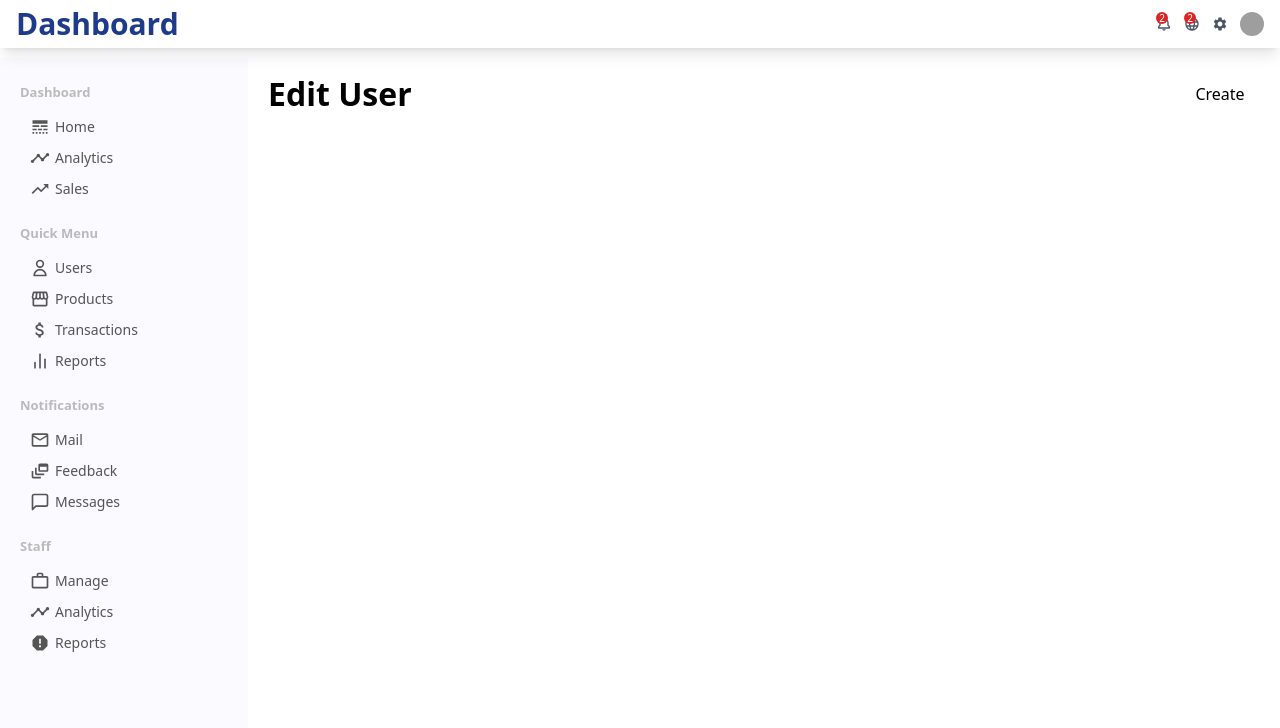
Repository: nation430/React-AdminDashboard
Page: /user/1
The author's editor kept a copy of each file at every save. The page is drawn from the files as they stood at one save, then again after the next save.
The browser window is 1280 px wide. The pictures show the whole page.
Pictures or frames that could not be fetched are drawn as grey boxes. The project was rebuilt for these pictures with package versions that can differ from the ones it lists, and the page was loaded fresh each time. Also part of the build but not shown: src/pages/home/home.css, src/components/featuredInfo/featuredInfo.css, src/components/featuredInfo/FeaturedInfo.jsx, src/components/chart/chart.css, src/components/chart/Chart.jsx, src/dummyData.js, src/components/widgetSm/widgetSm.css, src/components/widgetSm/WidgetSm.jsx and 5 more.

Above is the page before, as saved 2022-08-30 10:57:14.

### public/index.html
<!DOCTYPE html>
<html lang="en">
  <head>
    <meta charset="utf-8" />
    <meta name="viewport" content="width=device-width, initial-scale=1" />
    <meta name="theme-color" content="#000000" />
    <meta
      name="description"
      content="Web site created using create-react-app"
    />
    <link rel="preconnect" href="https://fonts.googleapis.com" />
    <link rel="preconnect" href="https://fonts.gstatic.com" crossorigin />
    <link
      href="https://fonts.googleapis.com/css2?family=Source+Sans+Pro:wght@200;300;400;600;700&display=swap"
      rel="stylesheet"
    />

    <title>React Admin Dashboard</title>
  </head>
  <body>
    <noscript>You need to enable JavaScript to run this app.</noscript>
    <div id="root"></div>
  </body>
</html>

### src/index.css
@tailwind base;
h1 {
  @apply text-2xl;
}
h2 {
  @apply text-xl;
}
h3 {
  @apply text-lg;
}
@tailwind components;
@tailwind utilities;

* {
  margin: 0;
  padding:0;
  box-sizing: border-box;

}

### src/App.js
import Topbar from "./components/topbar/Topbar";
import Sidebar from "./components/sidebar/Sidebar";
import Home from "./pages/home/Home";
import "./app.css";
import { BrowserRouter as Router, Routes, Route } from "react-router-dom";
import UserList from "./pages/home/userList/UserList";
import User from "./pages/home/user/User";

function App() {
  return (
    <Router>
      <Topbar />
      <div className="wrapper flex h-full">
        <Sidebar />
        <Routes>
          <Route exact path="/">
            <Route path="/" element={<Home />} />
            <Route path="users" element={<UserList />} />
            <Route path="/user/:userId" element={<User />} />
          </Route>
        </Routes>
      </div>
    </Router>
  );
}

export default App;

### src/components/topbar/Topbar.jsx
import React from "react";
import  "./topbar.css";
import { BiBell } from 'react-icons/bi';
import { MdLanguage, MdSettings  } from "react-icons/md";


export default function Topbar () {
    return(
        <div className="topbar w-full h-12 bg-white sticky top-0 z-50 shadow-lg ">
            <div className="topbarWeapper flex items-center justify-between h-full px-4 py-0">
            <div className="topLeft">
                <span className="logo font-bold text-3xl text-blue-900 cursor-pointer ...">Dashboard</span>
            </div>
            <div className="topRight flex items-center">

                {/* First icon  */}
                <div className="topbarIconsContainer relative cursor-pointer ... ml-3 text-gray-600">
                <BiBell />
                <span className="topIconBadge absolute text-white bg-red-600 right-1 -top-1 flex items-center justify-center rounded-full text-xs h-3 w-3">2</span>
                </div>

                   {/*second icon  */}
                <div className="topbarIconsContainer relative cursor-pointer ... ml-3 text-gray-600">
                <MdLanguage />
                <span className="topIconBadge absolute text-white bg-red-600 right-1 -top-1 flex items-center justify-center rounded-full text-xs h-3 w-3">2</span>
                </div>


                    {/*third icon  */}
                <div className="topbarIconsContainer relative cursor-pointer ... mx-3 text-gray-600">
                < MdSettings  />
                </div>

                <img src="images/img.png" alt="BigCo Inc. logo"  className="topAvater w-6 h-6 rounded-full cursor-pointer ..."/>

            </div>
            </div>
        </div>
    )

}

### src/components/sidebar/Sidebar.jsx
import "./sidebar.css";
import { MdLineStyle, MdOutlineTimeline, MdTrendingUp, MdStorefront, MdAttachMoney, MdOutlineMail, MdDynamicFeed, MdWorkOutline, MdReport} from "react-icons/md";
import { HiOutlineUser} from "react-icons/hi";
import { FiBarChart2, FiMessageSquare} from "react-icons/fi";

export default function sidebar(){
    return(
        <div className="sidebar sticky">
        <div className="sidebarWrapper p-5">
            {/* first sidenavbar */}
            <div className="sidebarMenu mb-2.5">
                <h3 className="sidebarTitle">Dashboard</h3>
                <ul className="sidebarList px-4 py-0">
                    <li className="sidebarListItems flex items-center">
                    <MdLineStyle className="sidebarIcon"/>
                    Home
                    </li>

                    <li className="sidebarListItems flex items-center">
                    <MdOutlineTimeline className="sidebarIcon" />
                    Analytics
                    </li>


                    <li className="sidebarListItems flex items-center">
                    <MdTrendingUp className="sidebarIcon" />
                   Sales
                    </li>
                </ul>
            </div>

            {/* second sidenavbar */}
            <div className="sidebarMenu mb-2.5">
                <h3 className="sidebarTitle">Quick Menu</h3>
                <ul className="sidebarList px-4 py-1">
                    <li className="sidebarListItems flex items-center">
                    <HiOutlineUser className="sidebarIcon" />
                    Users
                    </li>

                    <li className="sidebarListItems flex  items-center" >
                    <MdStorefront className="sidebarIcon" />
                    Products
                    </li>

                    <li className="sidebarListItems flex items-center">
                    <MdAttachMoney className="sidebarIcon" />
                   Transactions
                    </li>


                    <li className="sidebarListItems flex items-center">
                    <FiBarChart2 className="sidebarIcon" />
                   Reports
                    </li>
                </ul>
            </div>

                {/* third sidenavbar */}
                <div className="sidebarMenu mb-2.5">
                <h3 className="sidebarTitle">Notifications</h3>
                <ul className="sidebarList px-4 py-1">
                    <li className="sidebarListItems flex items-center">
                    <MdOutlineMail className="sidebarIcon" />
                    Mail
                    </li>

                    <li className="sidebarListItems flex  items-center" >
                    <MdDynamicFeed className="sidebarIcon" />
                    Feedback
                    </li>

                    <li className="sidebarListItems flex items-center">
                    <FiMessageSquare className="sidebarIcon" />
                   Messages
                    </li>
                </ul>
            </div>

                {/* fourth sidenavbar */}
                <div className="sidebarMenu mb-2.5">
                <h3 className="sidebarTitle">Staff</h3>
                <ul className="sidebarList px-4 py-1">
                    <li className="sidebarListItems flex items-center">
                    <MdWorkOutline className="sidebarIcon" />
                    Manage
                    </li>

                    <li className="sidebarListItems flex  items-center" >
                    <MdOutlineTimeline className="sidebarIcon" />
                    Analytics
                    </li>

                    <li className="sidebarListItems flex items-center">
                    <MdReport className="sidebarIcon" />
                   Reports
                    </li>
                </ul>
            </div>
        </div>
        </div>
    )
}

### src/app.css

* {
    margin: 0;
    padding:0;
    box-sizing: border-box;

}


h1{
    font-size: 2em ;
    font-weight: bolder;
}

h2{
    font-size: 1.5em ;
    font-weight: bolder;
}

h3{
    font-size: 1.17em ;
    font-weight: bolder;
}

.wrapper{
    margin-top:10px;
}

### src/pages/home/user/User.jsx
import "./user.css";

export default function User(){
    return(

        <div className="user">
            <div className="userTitleContainer flex items-center justify-between">
                <h1 className="userTitle">Edit User</h1>
                <button className="userAddButton">Create</button>
            </div>
        </div>
    )
}

### src/components/topbar/topbar.css
.text-xs{
    font-size: 10px;
  }

### src/components/sidebar/sidebar.css
.sidebar{
    flex: 1;
    height: calc(100vh - 50px);
    top:50px;
    background:rgb(251, 251, 255);
}

.sidebarWrapper{
    color: #555;
}

.sidebarTitle{
    font-size: 13px;
    color:rgb(187, 186, 186);
}

.sidebarList{
    padding:5px;
    font-size: 14px;;
}


.sidebarListItems {
    padding:5px;
    cursor: pointer;
    border-radius: 10px;
}

.sidebarListItems.active,
.sidebarListItems:hover{
    background:rgb(228, 228, 250);
}

.sidebarIcon{
    margin-right:5px;
    font-size:20px;
}

### src/pages/home/user/user.css
.user{
    flex: 4;
    padding: 20px;
  }

  .userAddButton{
      width:80px;

  }

Loaded but not shown: src/index.js (common file); tailwind.config.js (common file)

After the next save:
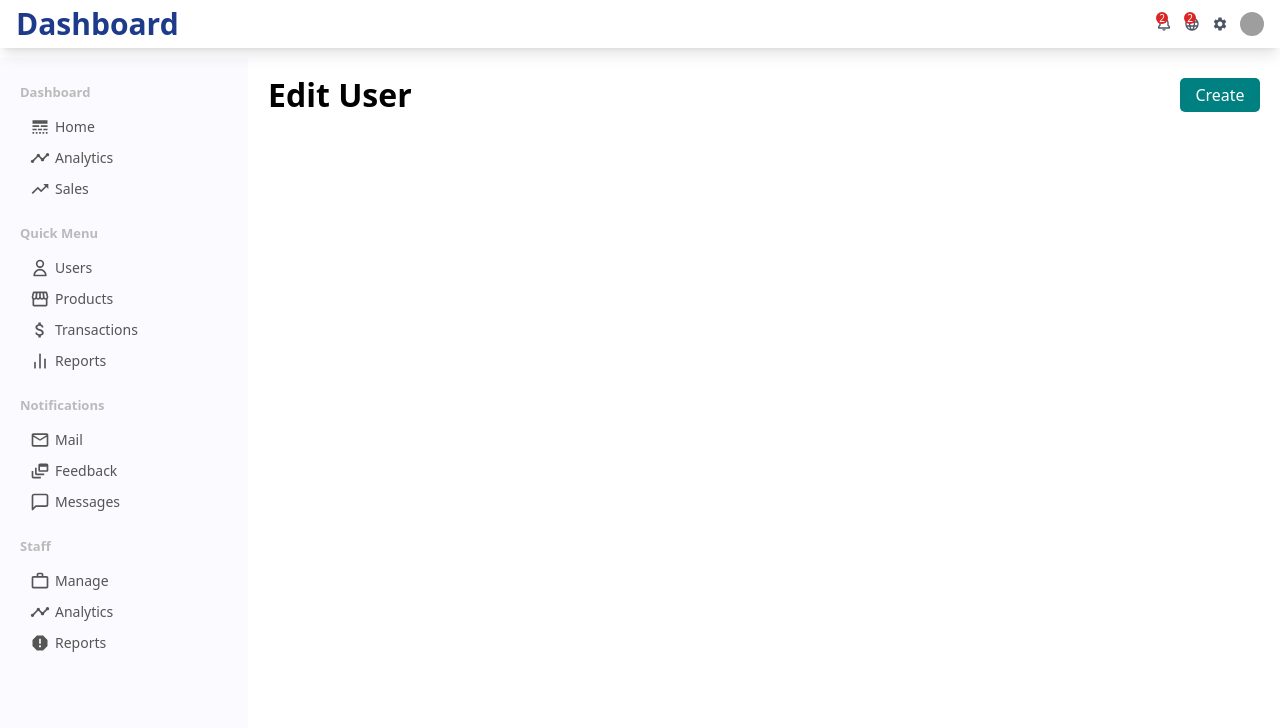
Saved 2 min 26 s later.
--- a/src/pages/home/user/user.css
+++ b/src/pages/home/user/user.css
@@ -5,5 +5,10 @@
 
   .userAddButton{
       width:80px;
+      padding:5px;
+      background: teal;
+      border-radius: 5px;
+      color:white;
+      font-size: 16px;
 
   }
